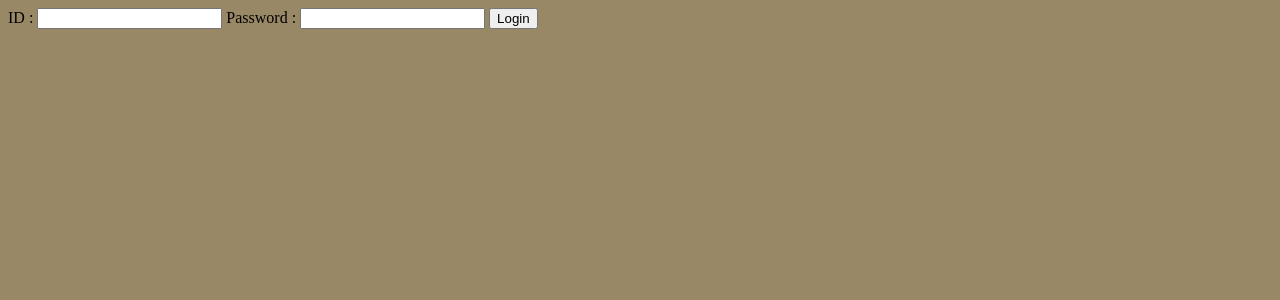
Repository: venkatasanthoshpamuru/Advance_Java_Projects
Page: First_JSP/src/main/webapp/Form.html
These files come from the project's save history. The page is drawn as it stood at one moment and after the next save; the edit follows.
The browser window is 1280 px wide. The pictures show the whole page.

Above is the page before, as saved 2024-03-09 06:40:16.

After the next save:
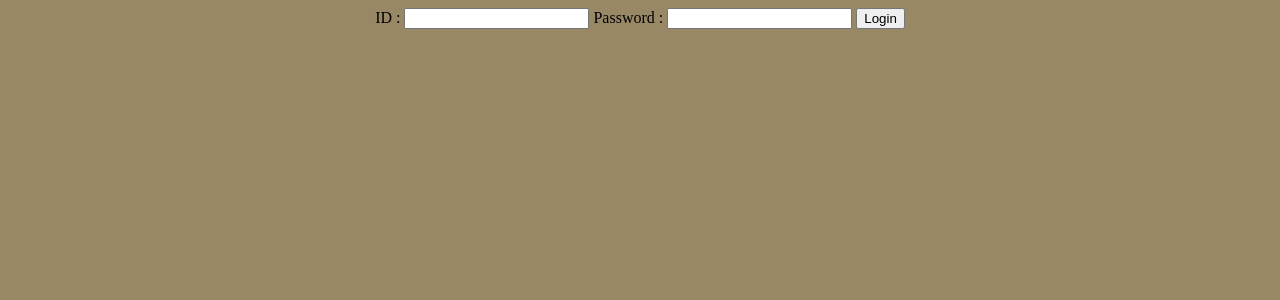
Saved 30 s later.
--- a/First_JSP/src/main/webapp/Form.html
+++ b/First_JSP/src/main/webapp/Form.html
@@ -3,7 +3,7 @@
   <head>
     <title>First JSP</title>
   </head>
-  <body bgcolor="#986">
+  <body bgcolor="#986" style="text-align: center;">
     <form method="post" action="">
      <label>ID : </label>
      <input type="text" name="userid" id="userid" required/>
